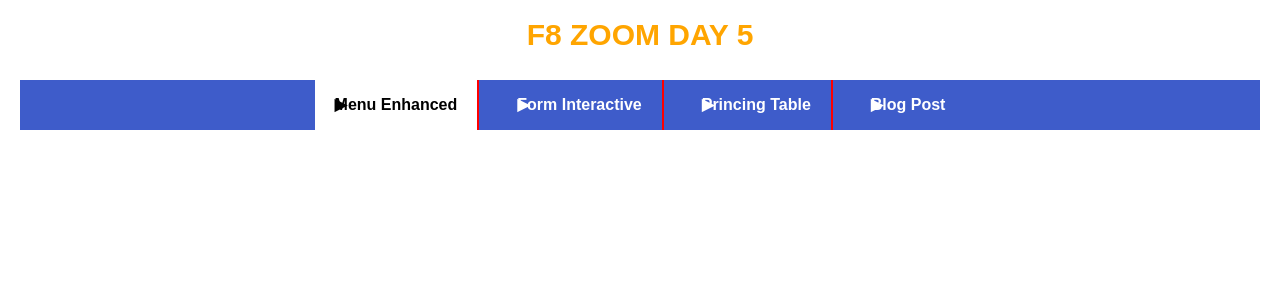
Repository: lannguyen1301/f8-zoom-day-5
Page: index.html
These files come from the project's save history. The page is drawn as it stood at one moment and after the next save; the edit follows.
The browser window is 1280 px wide. The pictures show the whole page.

Above is the page before, as saved 2025-04-21 20:10:10.

### index.html
<!DOCTYPE html>
<html lang="en">

<head>
    <meta charset="UTF-8">
    <meta name="viewport" content="width=device-width, initial-scale=1.0">
    <title>F8 ZOOM DAY 5</title>
    <link rel="stylesheet" href="./assets/css/reset.css">
    <link rel="stylesheet" href="./assets/css/style.css">
</head>

<body>
    <div class="inner">
        <h1 class="title-desc">F8 ZOOM DAY 5</h1>
        <nav class="navbar">
            <ul class="navbar__list">
                <li class="navbar__item active">
                    <a href="./menu-enhanced.html" class="navbar__link" target="_blank">Menu Enhanced</a>
                </li>
                <li class="navbar__item">
                    <a href="./form-interactive.html" class="navbar__link" target="_blank">Form Interactive</a>
                </li>
                <li class="navbar__item">
                    <a href="./pricing-table.html" class="navbar__link" target="_blank">Princing Table</a>
                </li>
                <li class="navbar__item">
                    <a href="./blog-post.html" class="navbar__link" target="_blank">Blog Post</a>
                </li>
            </ul>
        </nav>
    </div>
</body>

</html>

### assets/css/style.css
* {
    box-sizing: border-box;
}

html {
    font-size: 62.5%;
}

body {
    font-size: 1.6rem;
    font-family: "poppins", sans-serif;
}

/* common*/
a {
    text-decoration: none;
}

.inner {
    margin: 0 auto;
    padding: 20px;
}

.title-desc {
    font-size: 3rem;
    text-align: center;
    font-weight: 900;
    color: orange;
}

.navbar__list {
    display: flex;
    align-items: center;
    justify-content: center;
    margin-top: 30px;
    background-color: #3e5cca;
}

.navbar__item {
    height: 50px;
}

.navbar__link {
    display: inline-block;
    color: #fff;
    line-height: 50px;
    padding: 0 20px;
    font-weight: 700;
    font-size: 1.6rem;
}

.active,
.navbar__list .navbar__item:hover > .navbar__link {
    background-color: #fff;
    color: #000;
}

.active > a {
    color: #000;
}

.navbar__item .navbar__link:active {
    color: rgb(226, 19, 99) !important;
    background-color: orange !important;
}

.navbar__list .navbar__item:not(:last-child) {
    margin-right: 20px;
    /* padding-right: 20px; */
}

.navbar__list .navbar__item .navbar__link:before {
    content: "\25B6";
    position: absolute;
    display: inline-block;
    margin-right: 20px;
    padding-right: 20px;
    line-height: 50px;
    text-align: center;
    /* background-color: red; */
}

.navbar__list .navbar__item:not(:last-child)::after {
    content: "";
    position: absolute;
    display: inline-block;
    width: 2px;
    height: 50px;
    line-height: 50px;
    text-align: center;
    background-color: red;
}

Loaded but not shown: assets/css/reset.css (common file)

After the next save:
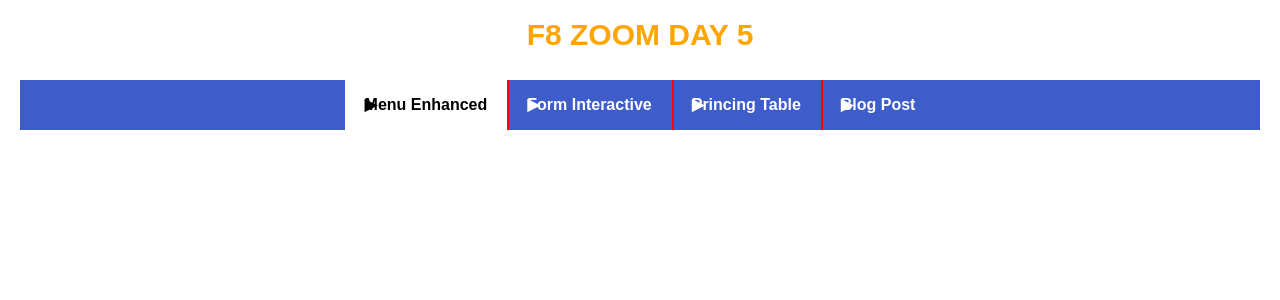
Saved 2 min 6 s later.
--- a/assets/css/style.css
+++ b/assets/css/style.css
@@ -64,11 +64,6 @@ a {
     background-color: orange !important;
 }
 
-.navbar__list .navbar__item:not(:last-child) {
-    margin-right: 20px;
-    /* padding-right: 20px; */
-}
-
 .navbar__list .navbar__item .navbar__link:before {
     content: "\25B6";
     position: absolute;
